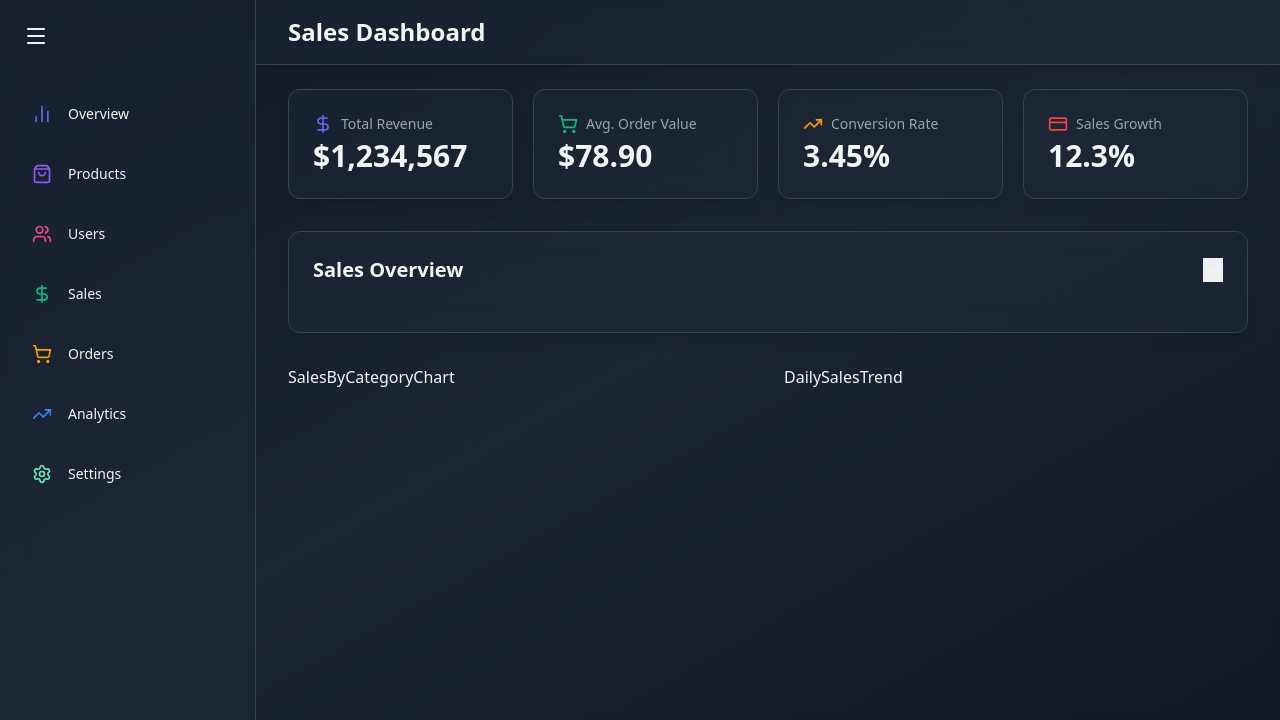
Repository: Abdirabi11/React-dashboard
Page: /sales
These files come from the project's save history. The page is drawn as it stood at one moment and after the next save; the edit follows.
The browser window is 1280 px wide. The pictures show the whole page.
The project was rebuilt for these pictures with package versions that can differ from the ones it lists, and the page was loaded fresh each time. Also part of the build but not shown: vite.config.js, src/components/overview/SalesOverviewChart.jsx, src/components/overview/CategoryDistributionChart.jsx, src/components/overview/SalesChannelChart.jsx, src/pages/OverviewPage.jsx, src/components/products/SalesTrendChart.jsx, src/components/products/ProductsTable.jsx, src/pages/ProductsPage.jsx and 8 more.

Above is the page before, as saved 2025-07-19 08:23:07.

### src/components/common/Sidebar.jsx
import { BarChart2, DollarSign, Menu, Settings, ShoppingBag, ShoppingCart, TrendingUp, Users } from "lucide-react";
import { useState } from "react";
import { AnimatePresence, motion } from "framer-motion";
import { Link } from "react-router-dom";

const SIDEBAR_ITEMS = [
	{
		name: "Overview",
		icon: BarChart2,
		color: "#6366f1",
		href: "/",
	},
	{ name: "Products", icon: ShoppingBag, color: "#8B5CF6", href: "/products" },
	{ name: "Users", icon: Users, color: "#EC4899", href: "/users" },
	{ name: "Sales", icon: DollarSign, color: "#10B981", href: "/sales" },
	{ name: "Orders", icon: ShoppingCart, color: "#F59E0B", href: "/orders" },
	{ name: "Analytics", icon: TrendingUp, color: "#3B82F6", href: "/analytics" },
	{ name: "Settings", icon: Settings, color: "#6EE7B7", href: "/settings" },
];

const Sidebar = () => {
	const [isSidebarOpen, setIsSidebarOpen] = useState(true);

	return (
		<motion.div
			className={`relative z-10 transition-all duration-300 ease-in-out flex-shrink-0 ${
				isSidebarOpen ? "w-64" : "w-20"
			}`}
			animate={{ width: isSidebarOpen ? 256 : 80 }}
		>
			<div className='h-full bg-gray-800 bg-opacity-50 backdrop-blur-md p-4 flex flex-col border-r border-gray-700'>
				<motion.button
					whileHover={{ scale: 1.1 }}
					whileTap={{ scale: 0.9 }}
					onClick={() => setIsSidebarOpen(!isSidebarOpen)}
					className='p-2 rounded-full hover:bg-gray-700 transition-colors max-w-fit'
				>
					<Menu size={24} />
				</motion.button>

				<nav className='mt-8 flex-grow'>
					{SIDEBAR_ITEMS.map((item) => (
						<Link key={item.href} to={item.href}>
							<motion.div className='flex items-center p-4 text-sm font-medium rounded-lg hover:bg-gray-700 transition-colors mb-2'>
								<item.icon size={20} style={{ color: item.color, minWidth: "20px" }} />
								<AnimatePresence>
									{isSidebarOpen && (
										<motion.span
											className='ml-4 whitespace-nowrap'
											initial={{ opacity: 0, width: 0 }}
											animate={{ opacity: 1, width: "auto" }}
											exit={{ opacity: 0, width: 0 }}
											transition={{ duration: 0.2, delay: 0.3 }}
										>
											{item.name}
										</motion.span>
									)}
								</AnimatePresence>
							</motion.div>
						</Link>
					))}
				</nav>
			</div>
		</motion.div>
	);
};
export default Sidebar;

### src/pages/SalesPage.jsx
import { motion } from "framer-motion";
import { CreditCard, DollarSign, ShoppingCart, TrendingUp } from "lucide-react";
import Header from "../components/common/Header";
import StatCard from "../components/common/StatCard";
import DailySalesTrend from "../components/sales/DailySalesTrend";
import SalesByCategoryChart from "../components/sales/SalesByCategoryChart";
import SalesOverviewChart from "../components/sales/SalesOverviewChart";

const salesStats = {
	totalRevenue: "$1,234,567",
	averageOrderValue: "$78.90",
	conversionRate: "3.45%",
	salesGrowth: "12.3%",
};

const SalesPage = () => {
	return (
		<div className="flex-1 overflow-auto relative z-10">
			<Header title='Sales Dashboard' />
			<main className="max-w-7xl mx-auto py-6 px-4 lg:px-8">
				<motion.div
				 className='grid grid-cols-1 gap-5 sm:grid-cols-2 lg:grid-cols-4 mb-8'
				 initial={{ opacity: 0, y: 20 }}
				 animate={{ opacity: 1, y: 0 }}
				 transition={{ duration: 1 }}
				>
					<StatCard
						name='Total Revenue'
						icon={DollarSign}
						value={salesStats.totalRevenue}
						color='#6366F1'
					/>
					<StatCard
						name='Avg. Order Value'
						icon={ShoppingCart}
						value={salesStats.averageOrderValue}
						color='#10B981'
					/>
					<StatCard
						name='Conversion Rate'
						icon={TrendingUp}
						value={salesStats.conversionRate}
						color='#F59E0B'
					/>
					<StatCard name='Sales Growth' icon={CreditCard} value={salesStats.salesGrowth} color='#EF4444' />
				</motion.div>
				<SalesOverviewChart />
				<div className="grid grid-cols-1 lg:grid-cols-2 gap-8 mb-8">
					<SalesByCategoryChart />
					<DailySalesTrend />
				</div>
			</main>
		</div>
	);
};
export default SalesPage;

### src/components/sales/DailySalesTrend.jsx
import React from 'react'

const DailySalesTrend = () => {
  return (
    <div>DailySalesTrend</div>
  )
}

export default DailySalesTrend

### src/components/sales/SalesByCategoryChart.jsx
import React from 'react'

const SalesByCategoryChart = () => {
  return (
    <div>SalesByCategoryChart</div>
  )
}

export default SalesByCategoryChart

### src/components/sales/SalesOverviewChart.jsx
import { motion } from 'framer-motion';
import React, { useState } from 'react'

const monthlySalesData = [
	{ month: "Jan", sales: 4000 },
	{ month: "Feb", sales: 3000 },
	{ month: "Mar", sales: 5000 },
	{ month: "Apr", sales: 4500 },
	{ month: "May", sales: 6000 },
	{ month: "Jun", sales: 5500 },
	{ month: "Jul", sales: 7000 },
];

const SalesOverviewChart = () => {
    const [selectedTimeRange, setSelectedTimeRange] = useState("This Month");
  return (
    <motion.div
        className='bg-gray-800 bg-opacity-50 backdrop-blur-md shadow-lg rounded-xl p-6 border border-gray-700 mb-8'
        initial={{ opacity: 0, y: 20 }}
        animate={{ opacity: 1, y: 0 }}
        transition={{ delay: 0.2 }}
    >
        <div className='flex items-center justify-between mb-6'>
            <h2 className='text-xl font-semibold text-gray-100'>Sales Overview</h2>
            <select>

            </select>
        </div>
    </motion.div>
  )
}

export default SalesOverviewChart

Loaded but not shown: index.html (common file); src/main.jsx (common file); src/App.jsx (common file); src/index.css (common file); src/components/common/Header.jsx (common file); src/components/common/StatCard.jsx (common file); tailwind.config.js (common file)

After the next save:
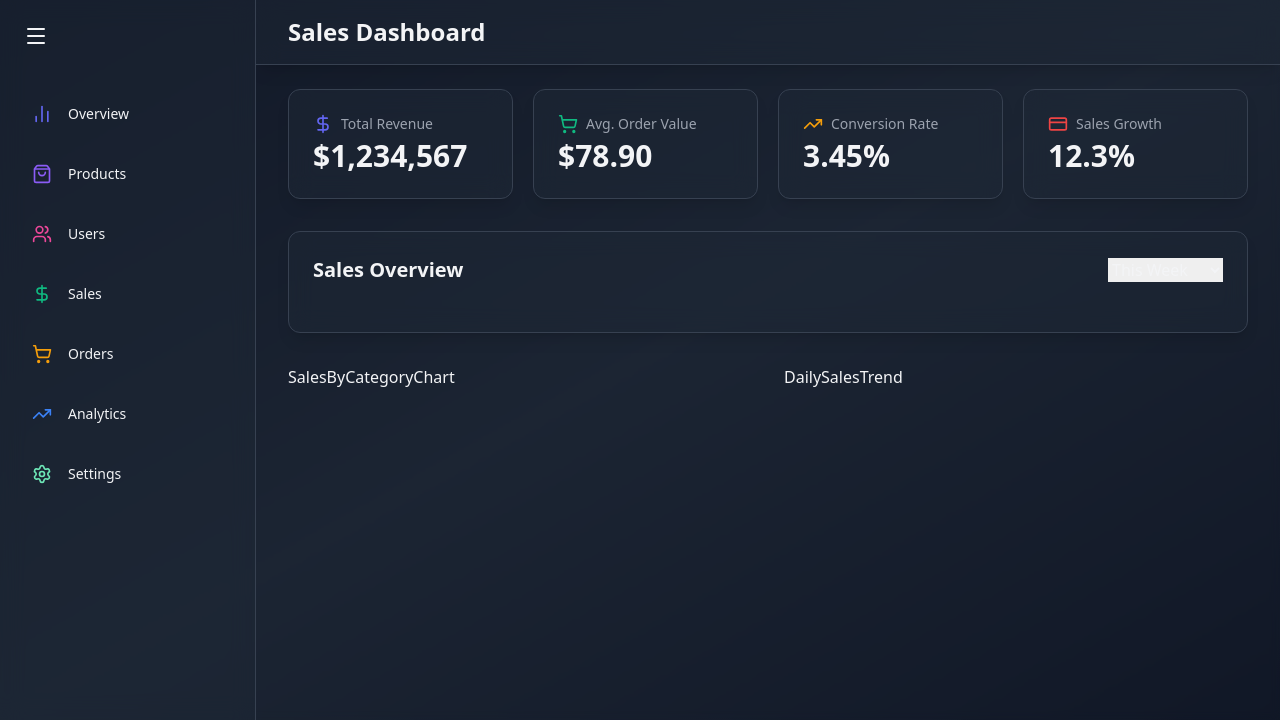
Saved 5 s later.
--- a/src/components/sales/SalesOverviewChart.jsx
+++ b/src/components/sales/SalesOverviewChart.jsx
@@ -23,7 +23,10 @@ const SalesOverviewChart = () => {
         <div className='flex items-center justify-between mb-6'>
             <h2 className='text-xl font-semibold text-gray-100'>Sales Overview</h2>
             <select>
-
+            <option>This Week</option>
+					<option>This Month</option>
+					<option>This Quarter</option>
+					<option>This Year</option>
             </select>
         </div>
     </motion.div>
